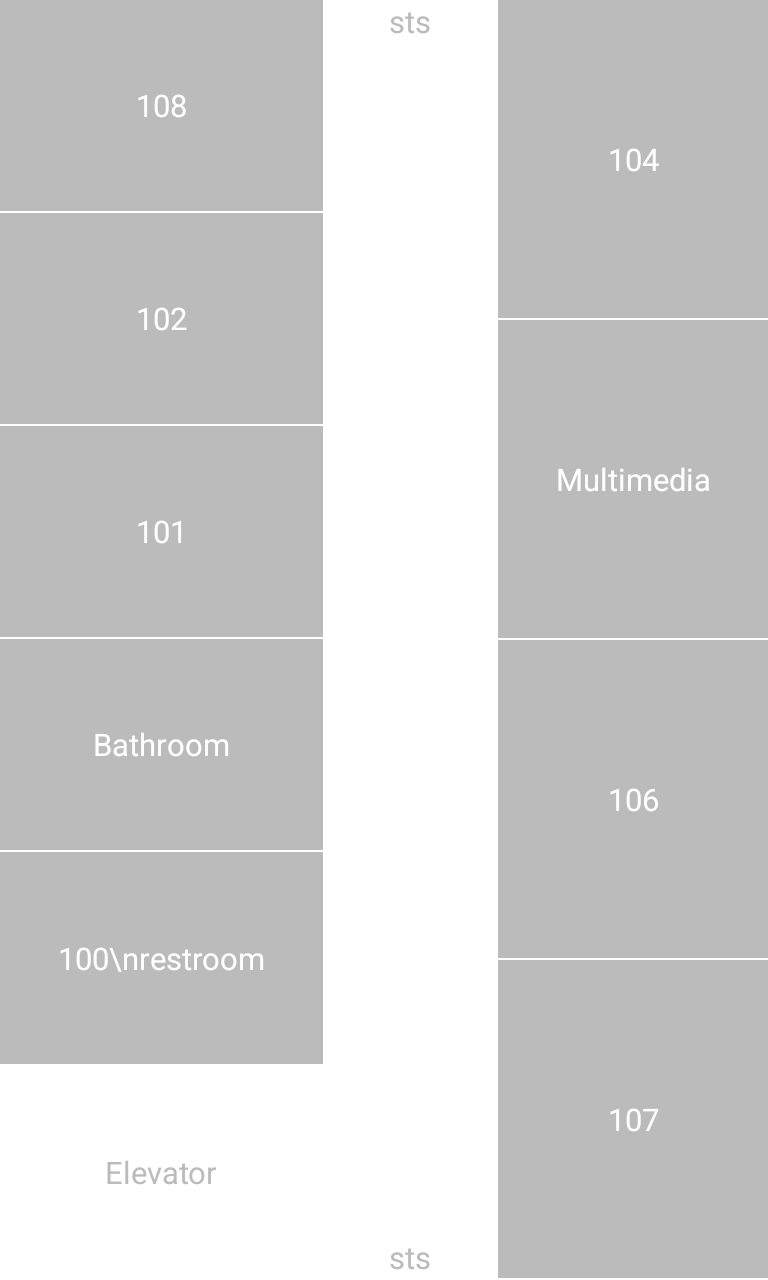
Repository: Choi-HyunWoo/Baddest
Layout: WorkOn_SELLA/workspace/BaddestHansung/res/layout/campus_gonghaka.xml
The author's editor kept a copy of each file at every save. The layout is drawn from the files as they stood at one save, then again after the next save.
It is drawn on a 768 x 1280 px phone screen (xhdpi) without system bars, with theme android:Theme.Light.NoTitleBar; the app's code is not run.

Above is the layout before, as saved 2014-05-29 12:04:18.

After the next save:
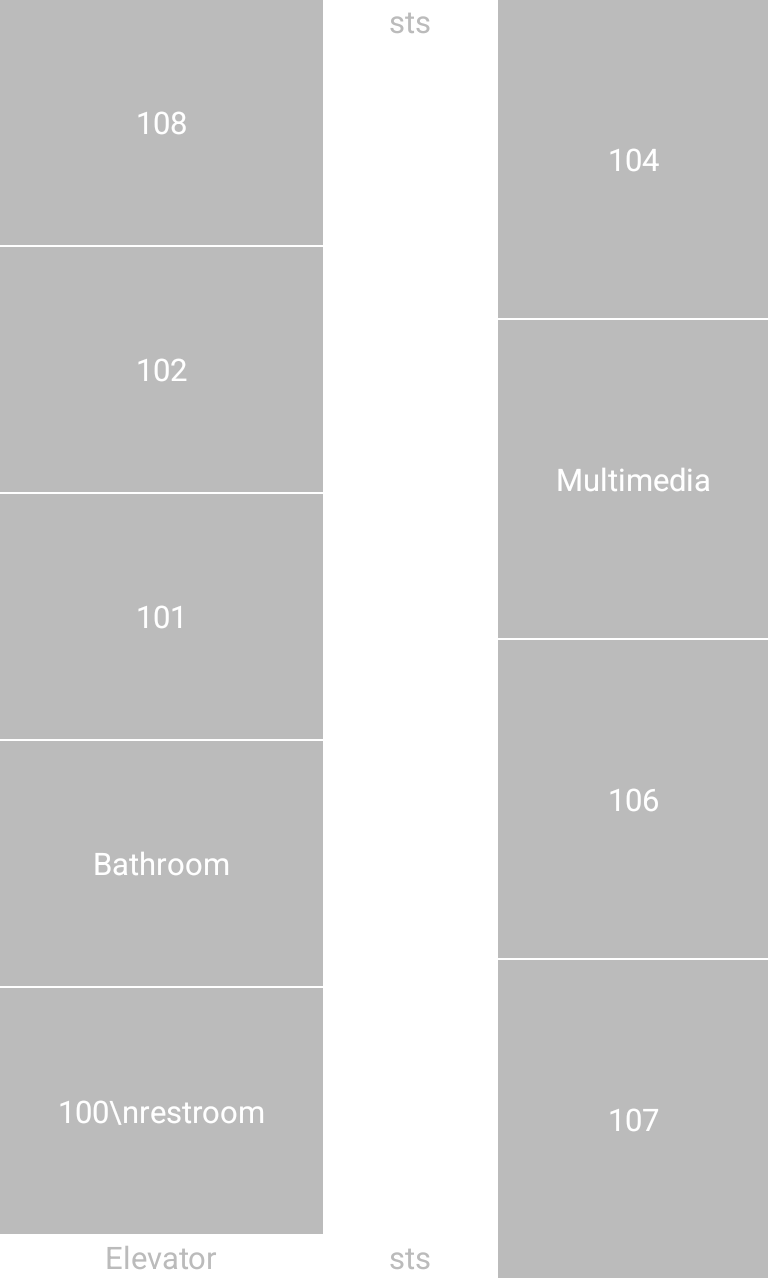
Saved 71 s later.
--- a/WorkOn_SELLA/workspace/BaddestHansung/res/layout/campus_gonghaka.xml
+++ b/WorkOn_SELLA/workspace/BaddestHansung/res/layout/campus_gonghaka.xml
@@ -11,23 +11,24 @@
         android:orientation="vertical" >
 
         <Button
-            style="@style/RoomButton"
-            android:text="108" />
+            android:text="108"
+            style="@style/RoomButton" />
         <Button
-            style="@style/RoomButton"
-            android:text="102" />
+            android:text="102"
+            style="@style/RoomButton" />
         <Button
-            style="@style/RoomButton"
-            android:text="101" />
+            android:text="101"
+            style="@style/RoomButton" />
         <Button
-            style="@style/RoomButton"
-            android:text="Bathroom" />
+            android:text="Bathroom"
+            style="@style/RoomButton" />
         <Button
-            style="@style/RoomButton"
-            android:text="100\nrestroom" />
+            android:text="100\nrestroom"
+            style="@style/RoomButton" />
         <Button
-            style="@style/WhitePlace"
-            android:text="Elevator" />
+            android:text="Elevator"
+            android:layout_weight="0"
+            style="@style/WhitePlace" />
     </LinearLayout>
 
     <RelativeLayout
